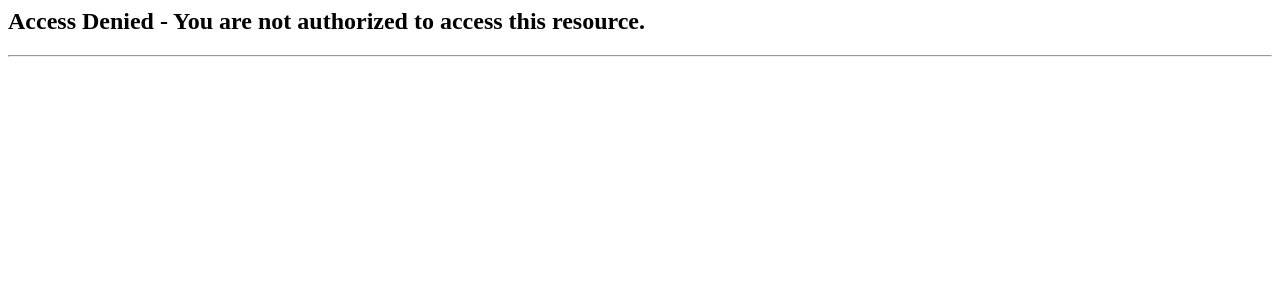
Repository: dchan98/spring-security-demo
Page: http://localhost/spring-security-demo-07-user-roles/access-denied
An editor plug-in stored every save of this project. The page is shown before and after the next save, followed by the edit.
The browser window is 1280 px wide. The pictures show the whole page.
The page is served by Tomcat 9. Other server files are loaded and not shown.

Above is the page before, as saved 2019-02-08 06:05:19.

### spring-security-demo-starter/spring-security-demo-07-user-roles/src/main/webapp/WEB-INF/view/access-denied.jsp
<html>
<head>
	<title>luv2code - Access Denied</title>
</head>

<body>
	<h2>Access Denied - You are not authorized to access this resource.</h2>
	<hr>




</body>
</html>

After the next save:
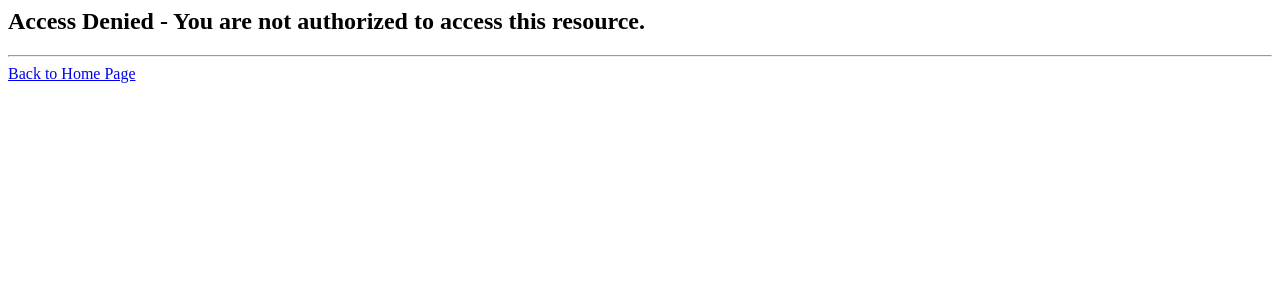
Saved 25 s later.
--- a/spring-security-demo-starter/spring-security-demo-07-user-roles/src/main/webapp/WEB-INF/view/access-denied.jsp
+++ b/spring-security-demo-starter/spring-security-demo-07-user-roles/src/main/webapp/WEB-INF/view/access-denied.jsp
@@ -6,7 +6,7 @@
 <body>
 	<h2>Access Denied - You are not authorized to access this resource.</h2>
 	<hr>
-
+	<a href="${pageContext.request.contextPath}/">Back to Home Page</a>
 
 
 
